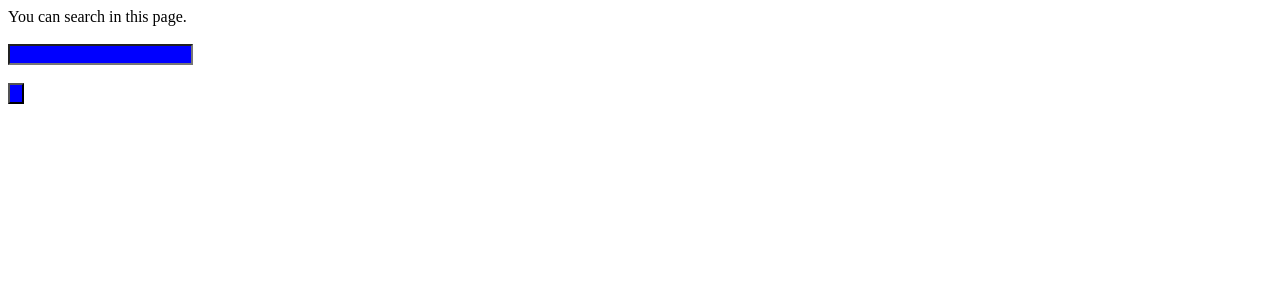
Repository: learoncero/SEProjektUebung
Page: http://localhost/HikingSoftware/search.jsp
An editor plug-in stored every save of this project. The page is shown before and after the next save, followed by the edit.
The browser window is 1280 px wide. The pictures show the whole page.
The page is served by Tomcat 9.

Above is the page before, as saved 2023-10-18 07:57:38.

After the next save:
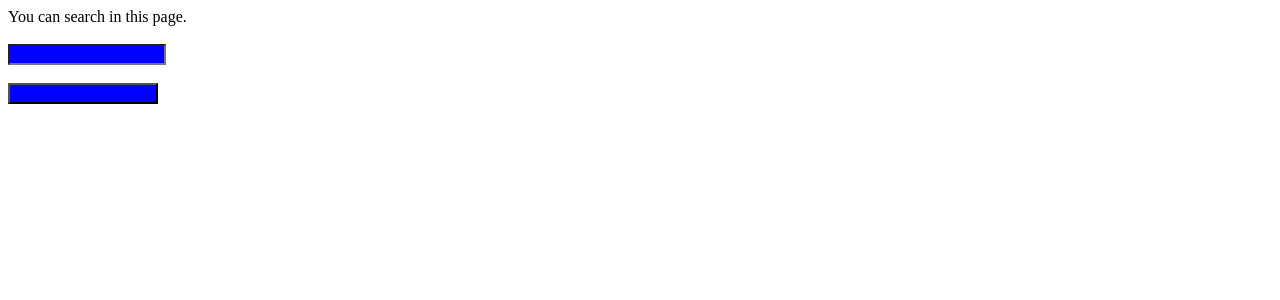
Saved 13 s later.
--- a/HikingSoftware/src/main/webapp/search.jsp
+++ b/HikingSoftware/src/main/webapp/search.jsp
@@ -9,8 +9,8 @@
 <body>
 	You can search in this page.
 	<br/><br/>
-	<input type="text" style="widht:150px;background-color:blue">
+	<input type="text" style="width:150px;background-color:blue">
 	<br/><br/>
-	<input type="button" style="widht:150px;background-color:blue">
+	<input type="button" style="width:150px;background-color:blue">
 </body>
 </html>
